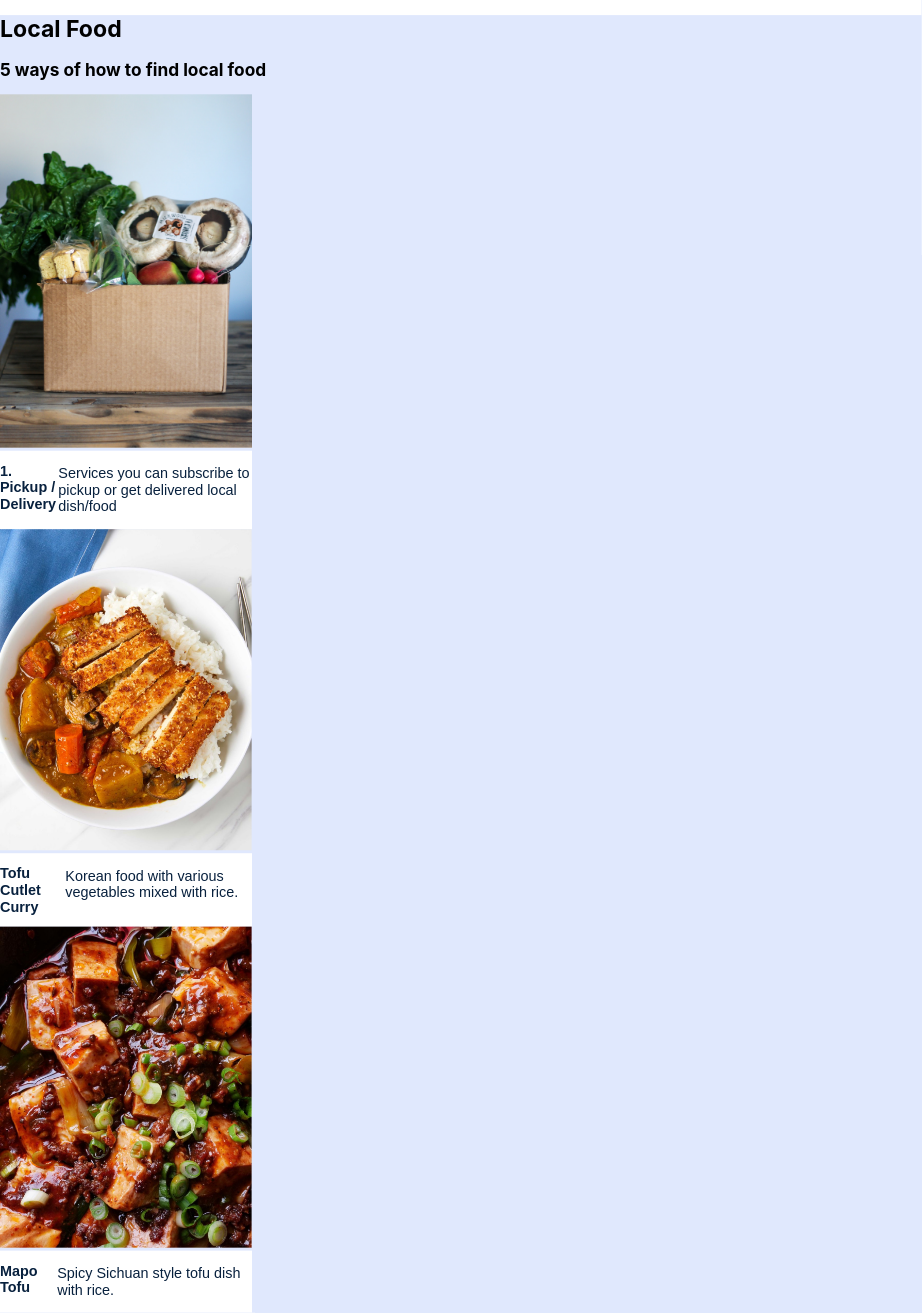
Repository: Kinakopan/design_mindfulEating_site
Page: /localfood (app in firstapp/)
The author's editor kept a copy of each file at every save. The page is drawn from the files as they stood at one save, then again after the next save.
The browser window is 1280 px wide. The pictures show the whole page, at 72% of full size.
The project was rebuilt for these pictures with package versions that can differ from the ones it lists, and the page was loaded fresh each time. The framework's server and built-in components were replaced by stand-ins that run in the browser. Also part of the build but not shown: firstapp/next.config.js, firstapp/comps/Navbar/index.js.

Above is the page before, as saved 2022-04-21 20:04:09.

After the next save:
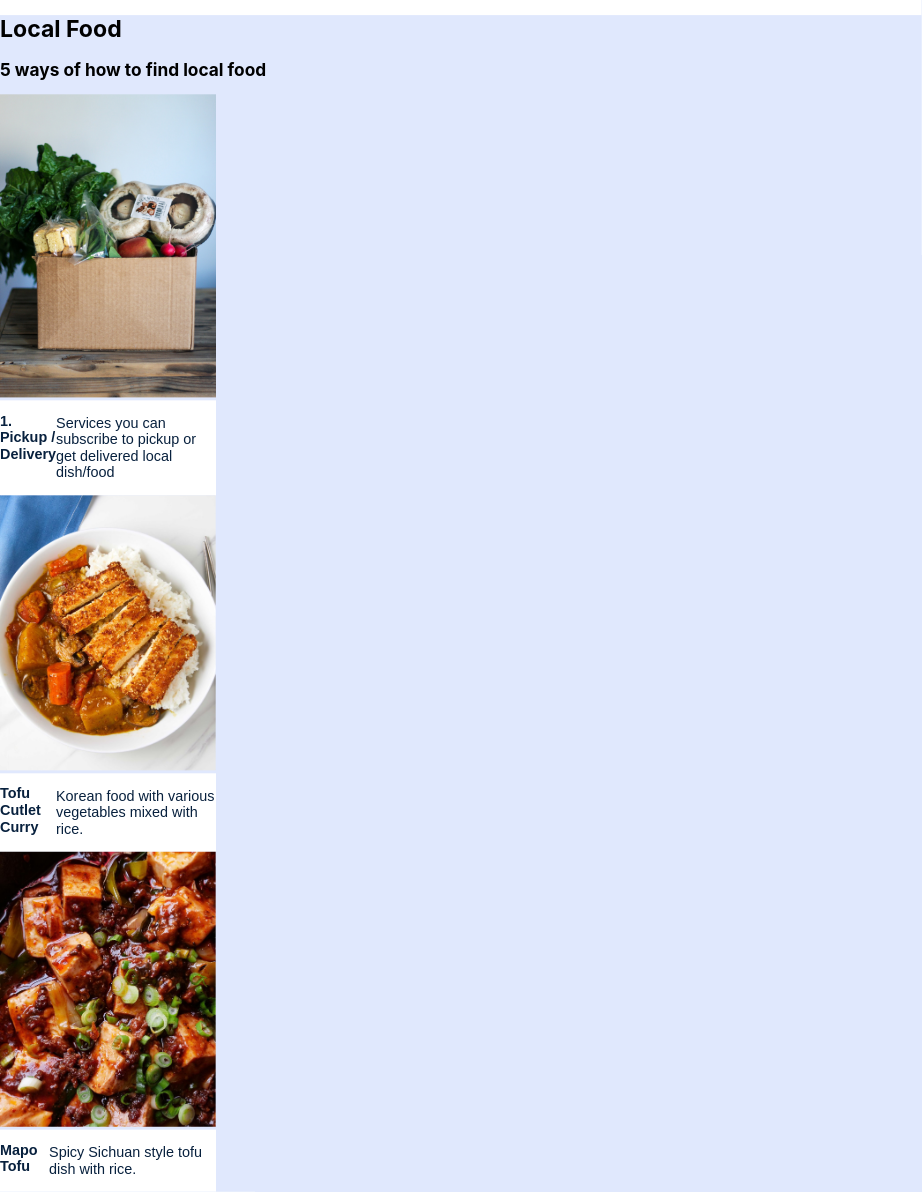
Saved 34 s later.
--- a/firstapp/comps/Localfood/LocalCard.js
+++ b/firstapp/comps/Localfood/LocalCard.js
@@ -6,12 +6,13 @@ display:flex;
 flex-direction:column;
 color:${props=>props.text_color};
 height:auto;
-width:350px;
+width:300px;
 font-family: 'm plus 1', sans-serif;
+border-radius:20px 0px 0px 20px;
 `;
 
 const ImgBox = styled.div`
-border-radius:20px 0px 0px 20px;
+height
 `;
 
 const Img = styled.img`
